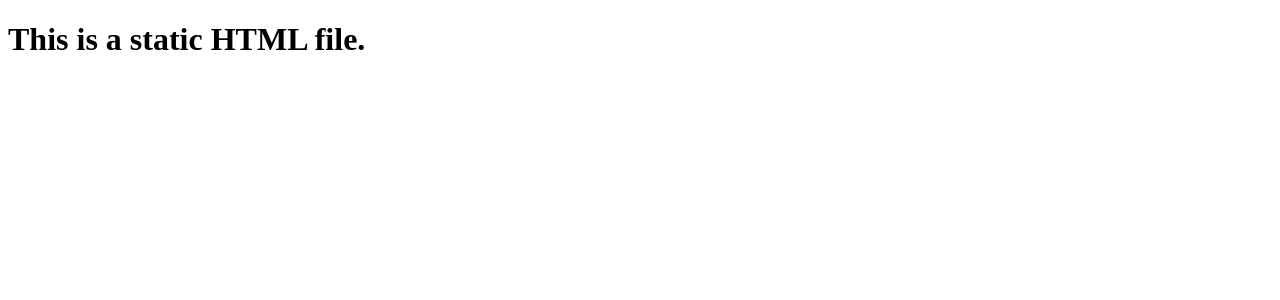
Repository: prattrv/WMDD-4925-W3
Page: public/test.html
The author's editor kept a record of every edit. The page is drawn from the files as they stood at one moment, then again after the next edit.
The browser window is 1280 px wide. The pictures show the whole page.

Above is the page before.

### public/test.html
<!DOCTYPE html>
<html lang="en">
<head>
    <meta charset="UTF-8">
    <meta name="viewport" content="width=device-width, initial-scale=1.0">
    <meta http-equiv="X-UA-Compatible" content="ie=edge">
    <title>Test</title>
</head>
<body>
    <h1>This is a static HTML file.</h1>
</body>
</html>

### public/style.css
body {
    width: 60%;
    margin: auto;
    text-align: center;
    font-family: Arial
}

After the next edit:
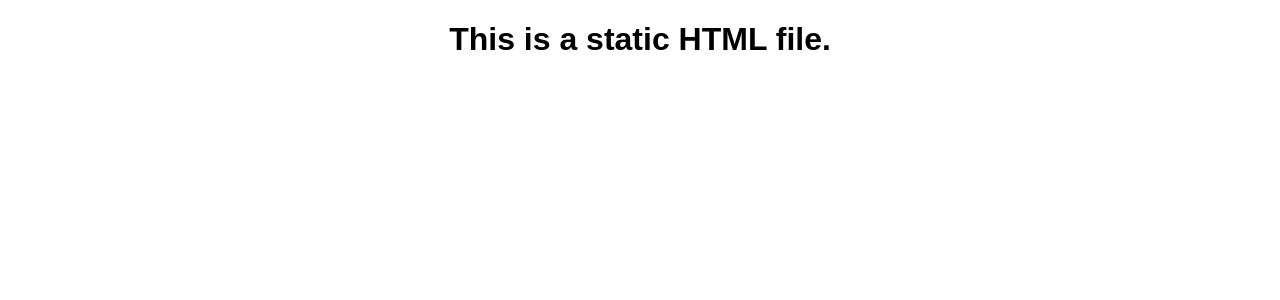
The edit:
--- a/public/test.html
+++ b/public/test.html
@@ -5,6 +5,7 @@
     <meta name="viewport" content="width=device-width, initial-scale=1.0">
     <meta http-equiv="X-UA-Compatible" content="ie=edge">
     <title>Test</title>
+    <link rel="stylesheet" href="style.css" type="text/css" />
 </head>
 <body>
     <h1>This is a static HTML file.</h1>
